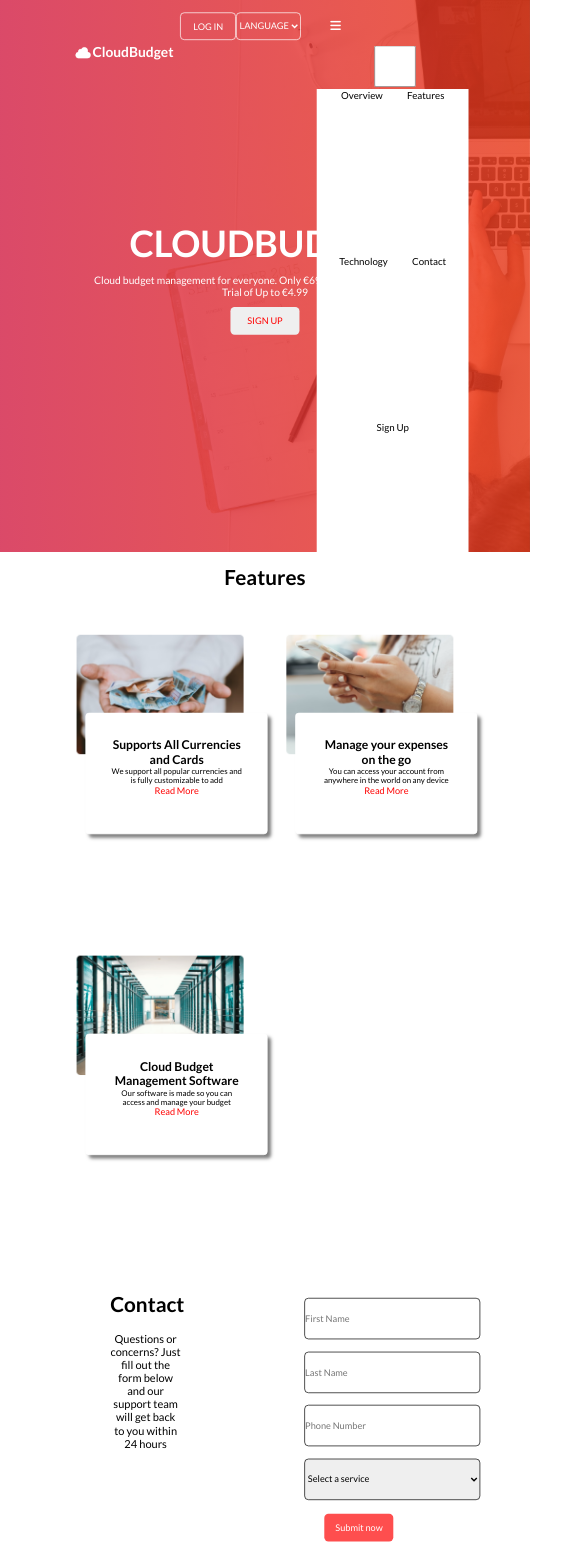
Repository: havvanurrana/website3
Page: index.html
The author's editor kept a copy of each file at every save. The page is drawn from the files as they stood at one save, then again after the next save.
The browser window is 768 px wide. The page is 791 px wide, then 839 px, then 791 px, so the pictures cover 839 px, including what lies to the right of the window. The pictures show the whole page, at 69% of full size.

Above is the page before, as saved 2024-08-05 20:12:10.

### index.html
<!DOCTYPE html>
<html lang="tr">
  <head>
    <meta charset="UTF-8" />
    <meta name="viewport" content="width=device-width, initial-scale=1.0" />
    <title>CloudBudget</title>
    <link rel="stylesheet" href="style.css" />
    <link
      rel="stylesheet"
      href="https://cdnjs.cloudflare.com/ajax/libs/font-awesome/6.5.2/css/all.min.css"
      integrity="sha512-SnH5WK+bZxgPHs44uWIX+LLJAJ9/2PkPKZ5QiAj6Ta86w+fsb2TkcmfRyVX3pBnMFcV7oQPJkl9QevSCWr3W6A=="
      crossorigin="anonymous"
      referrerpolicy="no-referrer"
    />
    <link
      href="https://fonts.googleapis.com/css2?family=Lato:wght@400;700&display=swap"
      rel="stylesheet"
    />
  </head>
  <body>
    <section class="overview-section">
        <div class="linear-gradient"></div>
        <div class="content">
            <h3>CLOUDBUDGET</h3>
            <p>
                Cloud budget management for everyone. Only €69.95 a Month After a 7
                Day Trial of Up to €4.99
            </p>
            <button>SIGN UP</button>
        </div>
    </section>
    <header class="header-menu">
        <div class="markaamblem">
            <img src="assets/cloud.png" />
            <h3>CloudBudget</h3>
        </div>
        <nav class="navbar">
            <a href="#" class="navbarsect">Overview</a>
            <a href="#" class="navbarsect">Features</a>
            <a href="#" class="navbarsect">Technology</a>
            <a href="#" class="navbarsect">Contact</a>
            <a href="#" class="navbarsect">Sign Up</a>
        </nav>
        <div class="buttons">
            <button>LOG IN</button>
            <button>
                <select id="Language " name="Language">
                    <option value="">LANGUAGE</option>
                    <option value="uk">UK</option>
                    <option value="turk">Turkish</option>
                    <option value="sp">Spanish</option>
                    <option value="fr">French</option>
                </select>
            </button>
                <div id="menu" class="toggle-menu">
                    <button>
                        <label for="switch" class="fas fa-bars"></label>
                    </button>
                    <input type="checkbox" id="switch">
                </div>
        </div>
    </header>

    <!--features kısmı -->
    <div class="featureshead">
        <h1>Features</h1>
    </div>
    <div class="features">
        <div class="featuressection">
            <div class="img">
                <img src="../assets/money.png" />
            </div>
            <div class="featurescard">
                <div>
                    <h1>Supports All Currencies and Cards</h1>
                </div>
                <div>
                    <p>
                        We support all popular currencies and is fully customizable to add
                    </p>
                </div>
                <button>Read More</button>
            </div>
      </div>
      <div class="featuressection">
          <div>
                <div class="img">
                    <img src="../assets/hand.png" />
                </div>
                <div class="featurescard">
                    <h1>Manage your expenses on the go</h1>
                        <p>
                          You can access your account from anywhere in the world on any
                          device
                        </p>
                    <button>Read More</button>
                </div>
            </div>
      </div>
          <div class="featuressection">
              <div>
                    <div class="img">
                        <img src="../assets/building.png" />
                    </div>
                    <div class="featurescard">
                          <h1>Cloud Budget Management Software</h1>
                          <p>Our software is made so you can access and manage your budget</p>
                          <button>Read More</button>
                    </div>
              </div>
          </div>
    </div>
    <!--contact kısmı-->
    <section >
        <div class="contact">
        <div class="contact-text">
            <h1>Contact</h1>
            <br><br>
            <p>
              Questions or concerns? Just fill out the form below and our support
              team will get back to you within 24 hours
            </p>
        </div>
        <div class="input">
            <input
            type="text"
            id="username"
            name="username"
            placeholder="First Name"
            />
            <input
            type="text"
            id="username"
            name="username"
            placeholder="Last Name"
            />
            <input
            type="text"
            id="username"
            name="username"
            placeholder="Phone Number"
            />

            <select id="service" name="service">
            <option value="">Select a service</option>
            <option value="service1">Service 1</option>
            <option value="service2">Service 2</option>
            <option value="service3">Service 3</option>
            <option value="service4">Service 4</option>
            </select>
            <br><br>
            <button>Submit now</button>
        </div>
    </div>
    </section>
    <script>
            document.getElementById('menu').addEventListener('click', function() {
            const navbar = document.querySelector('.header-menu .navbar');
            navbar.classList.toggle('active');
        });
    </script>
  </body>
</html>

### style.css
/* genel*/
*{
   margin:0;
   padding: 0;
   box-sizing: border-box;
   outline: none;
   border: none;
   text-decoration: none;
   font-family: Lato;
}

html {
    font-size: 62.5%;
    overflow-x: hidden;
    scroll-behavior: smooth;
    scroll-padding-top: 9rem ;
 }
h1{
   font-size: 30px;
}
 /* header menu ve  amblem ve ilk ekran cssleri*/
button{
   cursor: pointer;
}
.markaamblem{
   display: flex;
   justify-content:space-between;
   color: white;
   cursor: pointer;
}

.header-menu{
   width: 96%;
   display: flex;
   justify-content: space-between;
   align-items: center ;
   padding: 0 7%;
   margin: 2rem 7%;
   z-index: 3;
   top: 0;
   position:absolute;
}
.header-menu .markaamblem img{
   height: 3rem;
}
.header-menu .markaamblem h3{
   font-size: 20px ;
}
.header-menu .navbar a{
   margin: 0 2rem;
   font-size: 1.6rem;
   color: rgb(0, 0, 0);
   z-index: 2;
}
  .header-menu button{
   border: 1px , solid, rgb(255, 255, 255);
   border-radius: 6px;
   color:rgb(255, 255, 255);
   width: 100px;
   height: 40px;
   gap: 0px;
   background-color: transparent;
}
 .header-menu .buttons{
   padding-left: 10px;
  /* left: 1000px;*/
   display: flex;
   justify-content: flex-end;
 /* position: absolute;*/
}
#menu{
   display: none;
}
.overview-section{
   min-height: 100vh;
   display: flex;
   text-align: center;
   align-items: center;
   justify-content: center;
   background:  url(../assets/image1.png)
   no-repeat;
   background-size: cover;
  /* margin-top: -9.5rem;*/
}

.overview-section .content {
   max-width: 60rem;
   margin: 0.5rem;
   z-index: 2;
}
.overview-section .content h3{
   font-size: 6rem;
   margin: 0.5rem;
   color: white;
}
.overview-section .content p{
   font-size: 1.7rem;
   margin: 1.5rem;
   color: white;
}
.overview-section .content button{
   border:1px;
   width: 100px;
   height: 40px;
   border-radius: 6px;
   color: red;

}

.linear-gradient{
   min-height: 100vh;
   width: 100%;
   display: flex;
   z-index: 1;
   background: linear-gradient(90deg, rgba(213, 32, 71, 0.8) 0%, rgba(238, 61, 27, 0.8) 100%);
   position: absolute;
}

.buttons select{
   background: none;
   color: white;
}
/* features kısmı*/
/* başlık*/
.featureshead{
   text-align: center;
   justify-content: center;
   margin: 1rem;
   padding: 1rem;
}
/* Kartlar*/
.features{
   display: grid;
   grid-template-columns: repeat(auto-fit, minmax(30rem, 1fr));
   margin:3rem;
   padding: 0 7%;
}
.featurescard{
   border-radius:0.6rem;
   border: 1px, solid, rgb(255, 255, 255);
   width: 30rem;
   height: 20rem;
   text-align: center;
   justify-content: center;
   align-items: center;
   padding: 4rem;
   margin: 3rem;
   background-color: white;
   transform: translate(-5%,-50%);
   box-shadow: 5px 5px 5px rgba(0, 0, 0,0.5);
}
.featuressection{
   justify-content: center;
   align-items: center;
   margin: 1rem;
   padding: 2.5rem;
}
.features img{
   width: 100%;
   object-fit: cover;
}
.featurescard h1{
   font-size: 2rem;
}
.featurescard p{
   font-size: 1.3rem;
}
.featurescard button{
   border: none;
   background-color: transparent;
   color: red;
}

/*Contact kısmı */

.contact{
   display: flex;
   flex-direction: row;
   margin: 2rem;
   justify-content: center;
}
.contact div{
   text-align: center;
   justify-content:center;
   align-items: center;
   padding: 0 8%;
   margin: 3rem;
}
.contact h1{
   font-size: 30px;
}
.contact p{
   font-size: 16px;
}
 .contact .contact-text{
   width: 30%;
   height: 40rem;
}
input{
   width: 255px;
   height: 60px;
   border: 1px, solid, black;
   border-color: rgb(0, 0, 0);
   border-radius: 6px;
   margin: 1rem;
}
.contact select{
   width: 255px;
   height: 60px;
   border: 1px, solid, black;
   border-color: rgb(0, 0, 0);
   border-radius: 6px;
   margin: 1rem;
}
.contact button{
   width: 100px;
   height: 40px;
   border-radius: 6px;
   color: white;
   background-color: rgb(254, 78, 78);
}
.contact .input{
   width: 40%;
   height: 40rem;
   align-items: center;
   justify-content: center;
   text-align: center;
}

input{
   width: 255px;
   height: 60px;
   border: 1px, solid, black;
   border-color: rgb(0, 0, 0);
   border-radius: 6px;
   margin: 1rem;
}
.contact select{
   width: 255px;
   height: 60px;
   border: 1px, solid, black;
   border-color: rgb(0, 0, 0);
   border-radius: 6px;
}
.contact button{
   width: 100px;
   height: 40px;
   border-radius: 6px;
   color: white;
   background-color: rgb(254, 78, 78);
}


/* toggle menu ve responsive kısım*/
#switch:checked{

}

@media (max-width:1000px){
   html{
      font-size: 55%;
   }
}
@media (max-width :800px){
   #menu{
      display: inline-block;
   }
   .header-menu .navbar {
      display: flex;
      flex-wrap: wrap;
      position: absolute;
      top: 95%;
      left: 55%;
      background-color: white;
      height: calc(100vh - 9rem);
      width: 25rem;
      right: -100%;
      transition: right 0.3s ease;
      color: black;
      justify-content: center;
  }
  .header-menu .navbar.active {
      right: 0;
  }

.toggle-menu.active + .navbar {
   display: flex;
   flex-direction: column;
   position: absolute;
   top: 100%;
   left: 0;
   right: 0;
   background-color: #333;
   z-index: 1;
}

.toggle-menu button {
   background: none;
   border: none;
   color: rgb(255, 255, 255);
   font-size: 2rem;
}
}
 /*
@media (max-width: 1200px) {
   .navbar {
       display: none;
   }
   .toggle-menu {
       display: block;
       left: 90%;
       position: absolute;
   }
   .contact {
      flex-direction: column;
      align-items: center;
}

.contact-text, .contact div {
      width: 100%;
      padding: 0;
      margin: 1rem 0;
}

.toggle-menu.active + .navbar {
   display: flex;
   flex-direction: column;
   position: absolute;
   top: 100%;
   left: 0;
   right: 0;
   background-color: #333;
   z-index: 1;
}

.toggle-menu button {
   background: none;
   border: none;
   color: white;
   font-size: 2rem;
}

}*/

After the next save:
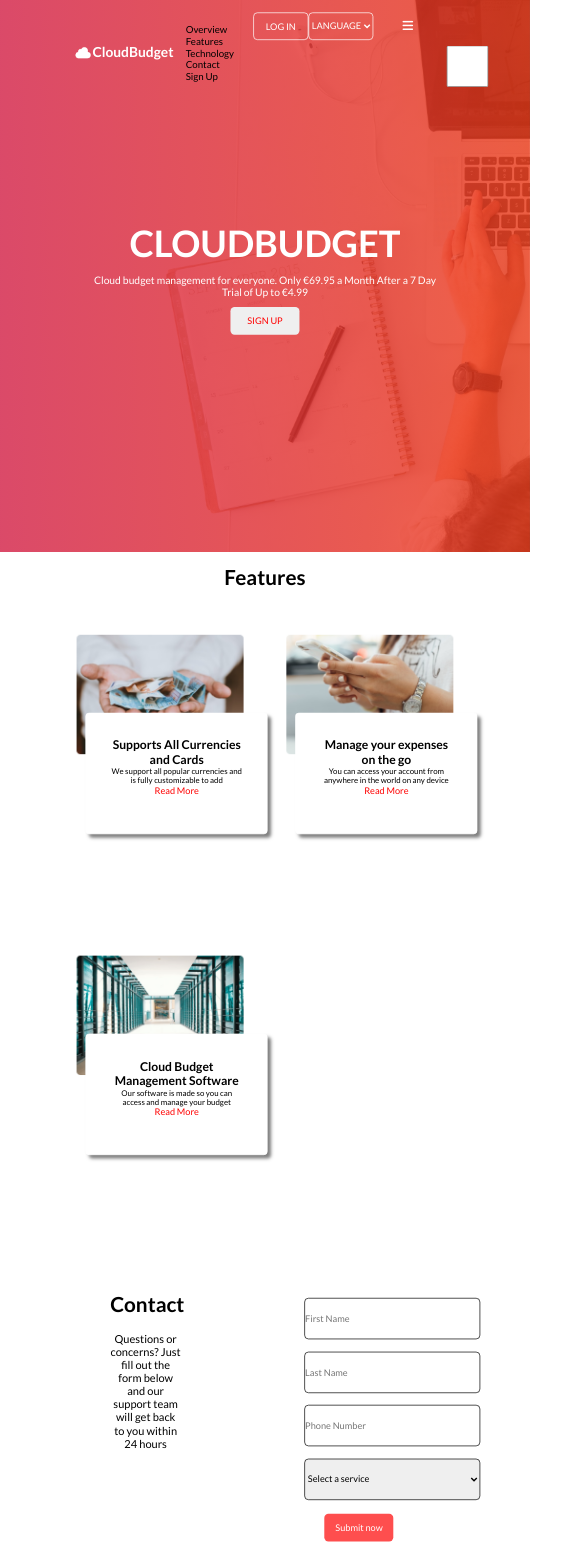
Saved 76 s later.
--- a/style.css
+++ b/style.css
@@ -265,24 +265,6 @@
    #menu{
       display: inline-block;
    }
-   .header-menu .navbar {
-      display: flex;
-      flex-wrap: wrap;
-      position: absolute;
-      top: 95%;
-      left: 55%;
-      background-color: white;
-      height: calc(100vh - 9rem);
-      width: 25rem;
-      right: -100%;
-      transition: right 0.3s ease;
-      color: black;
-      justify-content: center;
-  }
-  .header-menu .navbar.active {
-      right: 0;
-  }
-
 .toggle-menu.active + .navbar {
    display: flex;
    flex-direction: column;

After the save that followed:
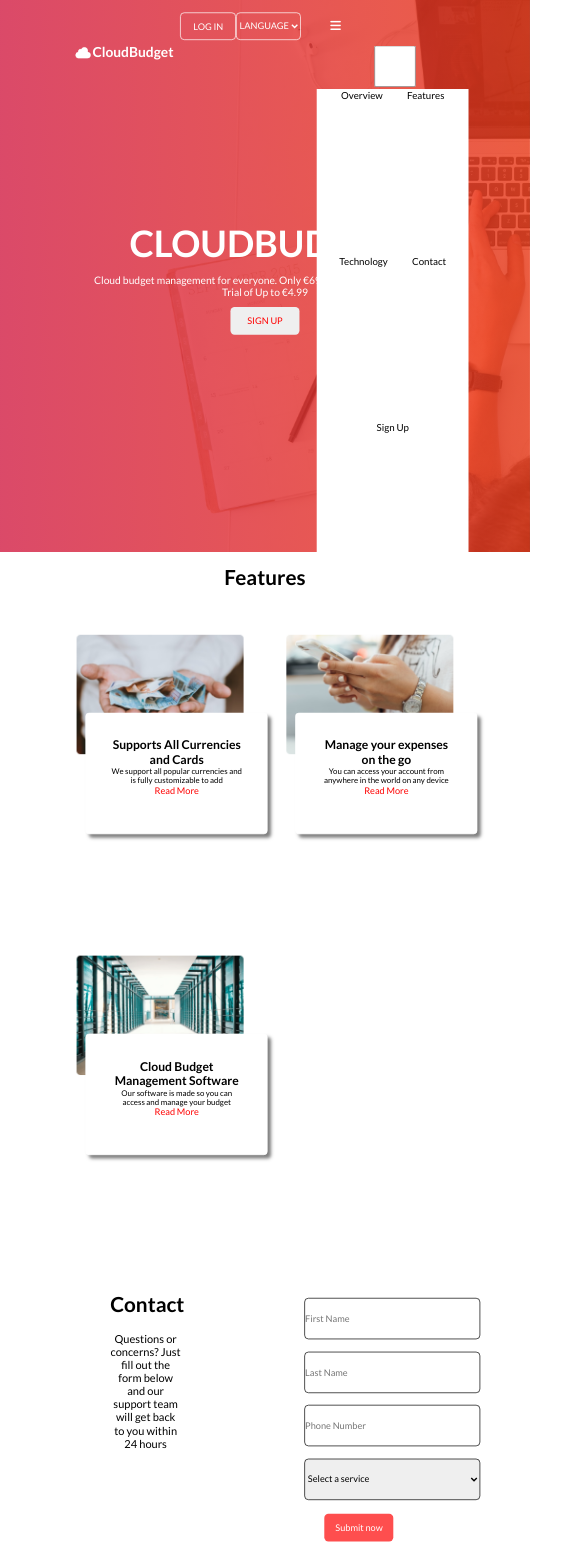
Saved 16 s later.
--- a/style.css
+++ b/style.css
@@ -265,6 +265,24 @@
    #menu{
       display: inline-block;
    }
+   .header-menu .navbar {
+      display: flex;
+      flex-wrap: wrap;
+      position: absolute;
+      top: 95%;
+      left: 55%;
+      background-color: white;
+      height: calc(100vh - 9rem);
+      width: 25rem;
+      right: -100%;
+      transition: right 0.3s ease;
+      color: black;
+      justify-content: center;
+  }
+  .header-menu .navbar.active {
+      right: 0;
+  }
+
 .toggle-menu.active + .navbar {
    display: flex;
    flex-direction: column;
